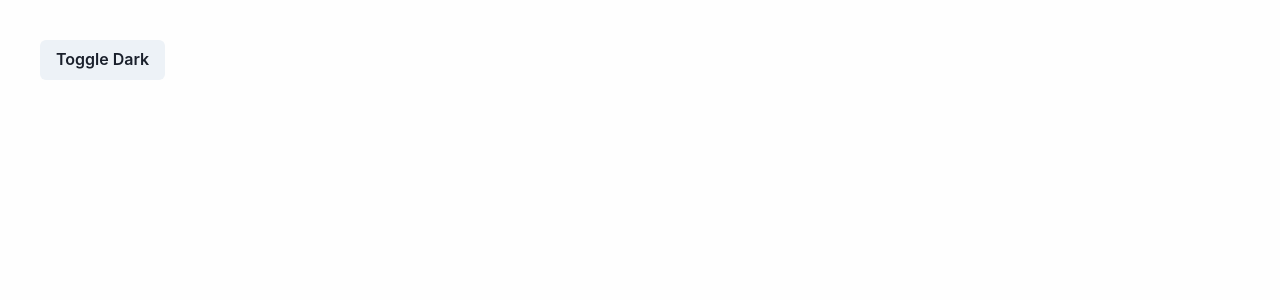
Repository: jorgelucasjs/chakra-ui-doc
Page: /
The author's editor kept a copy of each file at every save. The page is drawn from the files as they stood at one save, then again after a run of saves.
The browser window is 1280 px wide. The pictures show the whole page.
The project was rebuilt for these pictures with package versions that can differ from the ones it lists, and the page was loaded fresh each time.

Above is the page before, as saved 2023-01-05 12:25:01.

After the next 2 saves:
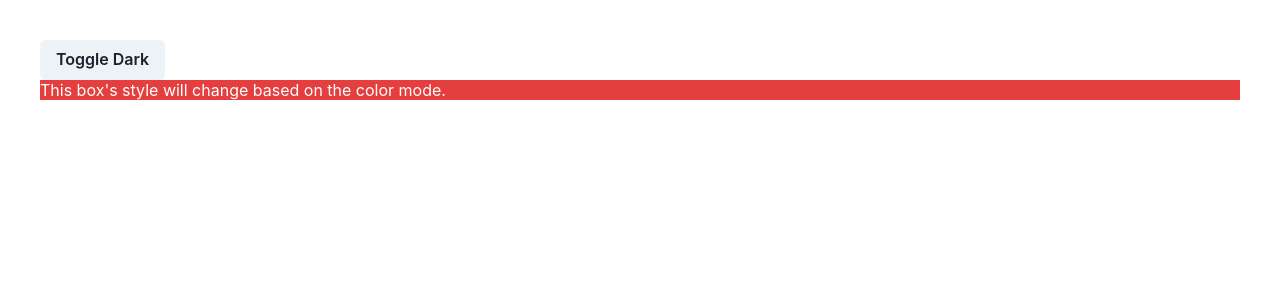
The 2 saves are shown as one change because they came seconds apart.
The last was saved 10 s later.
--- a/src/components/ColorMode.tsx
+++ b/src/components/ColorMode.tsx
@@ -21,6 +21,10 @@
 			<Button onClick={toggleColorMode}>
 				Toggle {colorMode === 'light' ? 'Dark' : 'Light'}
 			</Button>
+
+			<Box mb={4} bg={bg} color={color}>
+				This box's style will change based on the color mode.
+			</Box>
 		</header>
 	);
 }
